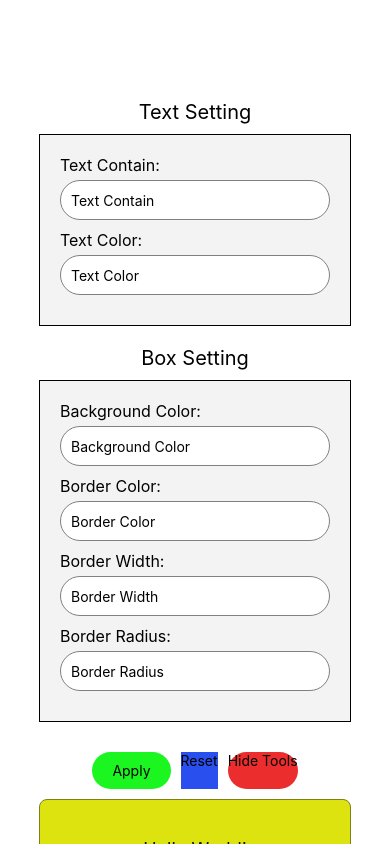
Repository: amirjavadikia/mobile-projectg
Screen: /
An editor plug-in stored every save of this project. The screen is shown before and after a run of saves, followed by the edit.
An inner scrolling area shows only its first screen. The app was drawn by React Native's web renderer in a window 390 px wide. The project was rebuilt for these pictures with package versions that can differ from the ones it lists, and the page was loaded fresh each time.

Above is the screen before, as saved 2024-05-14 22:26:59.

### App.tsx
//
// => BOXES PROJECT
//

// import React from 'react';
// import { View, Text, StyleSheet } from 'react-native';
// import { FontAwesomeIcon } from '@fortawesome/react-native-fontawesome';
// import { faGear } from '@fortawesome/free-solid-svg-icons/faGear';
// import { faLocationDot } from '@fortawesome/free-solid-svg-icons/faLocationDot';
// import { faAddressBook } from '@fortawesome/free-solid-svg-icons/faAddressBook';


// const MainPage = () => {
//   return (
//     <View style={styles.container}>

//       <View style={[styles.blueBackground]}>
//         <Text style={styles.text}>Welcome to my app!</Text>
//       </View>


//       <View style={[styles.box, styles.purpleBackground]}>
//       <FontAwesomeIcon icon={faLocationDot} />
//         <Text style={styles.text}>Location</Text>
//       </View>


//       <View style={[styles.box, styles.yellowBackground]}>
//       <FontAwesomeIcon icon={faGear} />
//         <Text style={styles.text}>Settings</Text>
//       </View>


//       <View style={[styles.box, styles.redBackground]}>
//       <FontAwesomeIcon icon={faAddressBook} />
//         <Text style={styles.text}>Contacts</Text>
//       </View>

//     </View>
//   );
// };

// const styles = StyleSheet.create({
//   container: {
//     justifyContent: 'center',
//     alignItems: 'center',
//     margin: 10
//   },
//   box: {
//     width: '100%',
//     height: 100,
//     borderRadius: 10,
//     marginBottom: 15,
//     justifyContent: 'center',
//     textAlign: 'center',
//     alignItems: 'center',
//   },
//   blueBackground: {
//     backgroundColor: '#01008A',
//     borderRadius: 30,
//     width: '100%',
//     height: '10%',
//     justifyContent: 'center',
//     alignItems: 'center',
//     marginBottom: 20
//   },
//   purpleBackground: {
//     backgroundColor: '#810081',
//   },
//   yellowBackground: {
//     backgroundColor: '#fea501',
//   },
//   redBackground: {
//     backgroundColor: '#fe0002',
//   },
//   text: {
//     color: 'white',
//     fontSize: 20,
//     marginLeft: 10,
//   },
// });

// export default MainPage;





//
// => MIDTERM PROJECT
//


import React, { useState } from 'react';
import { View, Text, TextInput, StyleSheet, Button, ScrollView, TouchableOpacity } from 'react-native';

const App = () => {
  const [text, setText] = useState('Hello World!');
  const [showTools, setShowTools] = useState(true);
  const [newText, setNewText] = useState('');
  const [newTextColor, setNewTextColor] = useState('');
  const [newBackgroundColor, setNewBackgroundColor] = useState('');
  const [newBorderColor, setNewBorderColor] = useState('');
  const [newBorderWidth, setNewBorderWidth] = useState('');
  const [newBorderRadius, setNewBorderRadius] = useState('');
  const [applyChanges, setApplyChanges] = useState(false);

  const handleTextChange = (inputText) => {
    setNewText(inputText);
    setApplyChanges(false);
  };

  const handleTextColorChange = (inputText) => {
    setNewTextColor(inputText);
    setApplyChanges(false);
  };

  const handleBackgroundChange = (inputText) => {
    setNewBackgroundColor(inputText);
    setApplyChanges(false);
  };

  const handleBorderColorChange = (inputText) => {
    setNewBorderColor(inputText);
    setApplyChanges(false);
  };

  const handleBorderWidthChange = (inputText) => {
    setNewBorderWidth(inputText);
    setApplyChanges(false);
  };

  const handleBorderRadiusChange = (inputText) => {
    setNewBorderRadius(inputText);
    setApplyChanges(false);
  };

  const handleApplyChanges = () => {
    setText(newText);
    setApplyChanges(true);
  };

  const handleResetChanges = () => {
    setApplyChanges(false);
    setText('');
    setNewText('');
    setNewTextColor('');
    setNewBackgroundColor('');
    setNewBorderColor('');
    setNewBorderWidth('');
    setNewBorderRadius('');
  };

  const handleToggleTools = () => {
    setShowTools(!showTools);
  };

  return (
    <ScrollView contentContainerStyle={styles.scrollViewContent}>
      <View style={styles.container}>
        {showTools && (
          <>
            <Text style={styles.title}>Text Setting</Text>
            <View style={styles.section}>
              <Text style={styles.label}>Text Contain:</Text>
              <TextInput
                style={styles.input}
                onChangeText={handleTextChange}
                value={newText}
                placeholder="Text Contain"
              />
              <Text style={styles.label}>Text Color:</Text>
              <TextInput
                style={styles.input}
                onChangeText={handleTextColorChange}
                value={newTextColor}
                placeholder="Text Color"
              />
            </View>

            <Text style={styles.title}>Box Setting</Text>
            <View style={styles.section}>
              <Text style={styles.label}>Background Color:</Text>
              <TextInput
                style={styles.input}
                onChangeText={handleBackgroundChange}
                value={newBackgroundColor}
                placeholder="Background Color"
              />
              <Text style={styles.label}>Border Color:</Text>
              <TextInput
                style={styles.input}
                onChangeText={handleBorderColorChange}
                value={newBorderColor}
                placeholder="Border Color"
              />
              <Text style={styles.label}>Border Width:</Text>
              <TextInput
                style={styles.input}
                onChangeText={handleBorderWidthChange}
                value={newBorderWidth}
                placeholder="Border Width"
              />
              <Text style={styles.label}>Border Radius:</Text>
              <TextInput
                style={styles.input}
                onChangeText={handleBorderRadiusChange}
                value={newBorderRadius}
                placeholder="Border Radius"
              />
            </View>


          </>
        )}
        <View style={styles.buttonGroup}>
              { showTools && (
                <>
                <TouchableOpacity
               onPress={handleApplyChanges}
               style={styles.applyButton}
            >
              <Text>Apply</Text>
            </TouchableOpacity>

                <TouchableOpacity
               onPress={handleResetChanges}
               style={styles.resetButton}
            >
              <Text>Reset</Text>
            </TouchableOpacity>
                </>
              )}
              <TouchableOpacity
               onPress={handleToggleTools}
               style={styles.showButton}
            >
              <Text>{showTools ? "Hide Tools" : "Show Tools"}</Text>
            </TouchableOpacity>
            </View>
        <View style={[styles.box, { backgroundColor: applyChanges ? newBackgroundColor : '#dde30f', borderRadius: applyChanges ? parseInt(newBorderRadius) || 0 : 8, borderWidth: applyChanges ? parseInt(newBorderWidth) || 1 : 1, borderColor: applyChanges ? newBorderColor : "#807f1e" }]}>
          <Text style={[styles.boxText, {color: applyChanges ? newTextColor : '#111'}]}>{text || "Hello World!"}</Text>
        </View>
      </View>
    </ScrollView>
  );
};

const styles = StyleSheet.create({
  scrollViewContent: {
    flexGrow: 1,
  },
  container: {
    flex: 1,
    alignItems: 'center',
    justifyContent: 'center',
    marginTop: 100,
    backgroundColor: '#fff',
  },
  section: {
    width: '80%',
    marginBottom: 20,
    backgroundColor: "#f3f3f3",
    borderWidth: 1,
    padding: 20
  },
  title: {
    fontSize: 20,
    marginBottom: 10,
  },
  label: {
    fontSize: 16,
    marginBottom: 5,
  },
  input: {
    width: '100%',
    height: 40,
    borderWidth: 1,
    borderColor: 'gray',
    marginBottom: 10,
    paddingHorizontal: 10,
    textAlign: 'left',
    borderRadius: 30,
    backgroundColor: "#fff"
  },
  box: {
    width: '80%',
    height: 100,
    backgroundColor: '#dde30f',
    justifyContent: 'center',
    alignItems: 'center',
  },
  boxText: {
    fontSize: 18
  },
  buttonGroup: {
    display: 'flex',
    flexDirection: 'row',
    justifyContent: 'space-around',
    marginVertical: 10,
  },
  applyButton: {
    marginRight: 10,
    borderRadius: 20,
    backgroundColor: '#1bf621',
    paddingVertical: 10,
    paddingHorizontal: 20,
    alignItems: 'center',
    justifyContent: 'center'
  },
  resetButton: {
    marginRight: 10,
    backgroundColor: '#2950ef'
  },
  showButton: {
    borderRadius: 20,
    backgroundColor: '#eb2d2e'
  }
});

export default App;

After the next 6 saves:
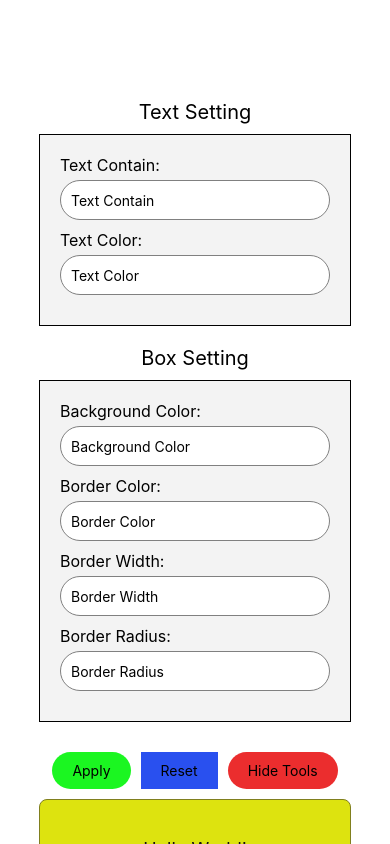
The 6 saves are shown as one change because 1 did not build or start and some came seconds apart.
The last was saved 28 s later.
--- a/App.tsx
+++ b/App.tsx
@@ -310,11 +310,19 @@ const styles = StyleSheet.create({
   },
   resetButton: {
     marginRight: 10,
-    backgroundColor: '#2950ef'
+    backgroundColor: '#2950ef',
+    paddingVertical: 10,
+    paddingHorizontal: 20,
+    alignItems: 'center',
+    justifyContent: 'center'
   },
   showButton: {
     borderRadius: 20,
-    backgroundColor: '#eb2d2e'
+    backgroundColor: '#eb2d2e',
+    paddingVertical: 10,
+    paddingHorizontal: 20,
+    alignItems: 'center',
+    justifyContent: 'center'
   }
 });
 
